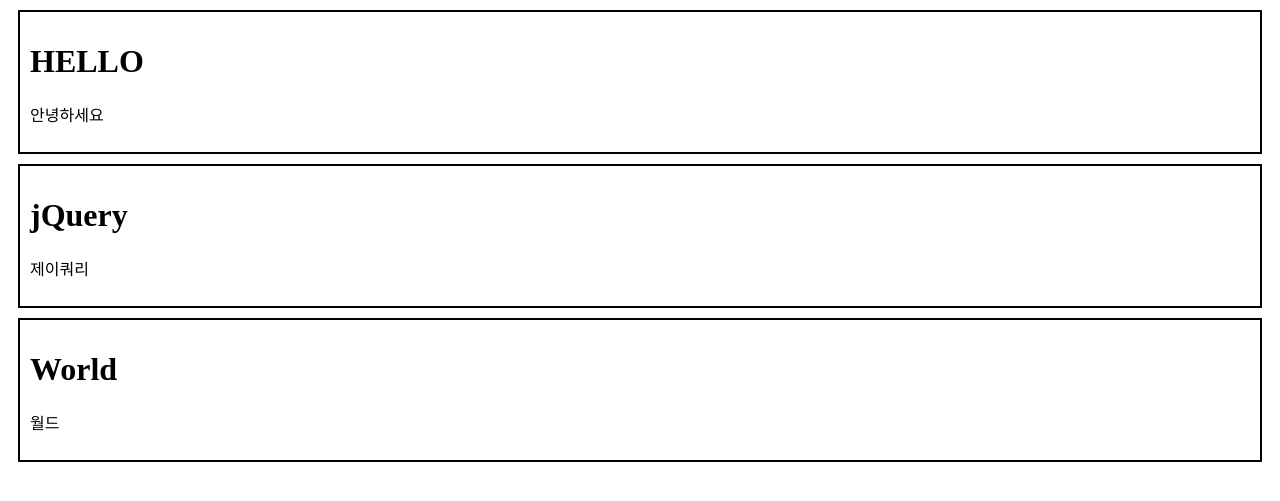
Repository: Shinhan1/shinhan
Page: http://localhost/web_goott/w20200323/jQueryEx04.jsp
An editor plug-in stored every save of this project. The page is shown before and after the next save, followed by the edit.
The browser window is 1280 px wide. The pictures show the whole page.
After loading, the first visible `div` was clicked once.
The page is served by Tomcat 9.

Above is the page before, as saved 2020-03-23 06:05:30.
Console error: TypeError: $(...).sideUp is not a function

After the next save:
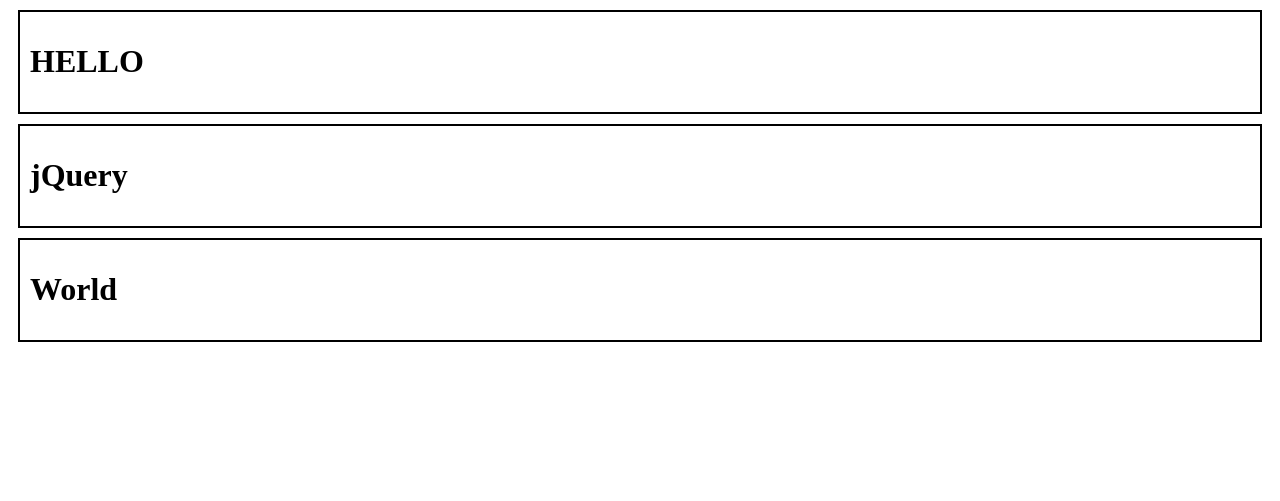
The error is gone.
Saved 11 s later.
--- a/web_goott/WebContent/w20200323/jQueryEx04.jsp
+++ b/web_goott/WebContent/w20200323/jQueryEx04.jsp
@@ -18,7 +18,7 @@
 <script type="text/javascript">
 	$(document).ready(function(){
 		$("div").click(function(){
-			console.log($('p').sideUp());
+			console.log($('p').slideUp());
 
 
 		});
